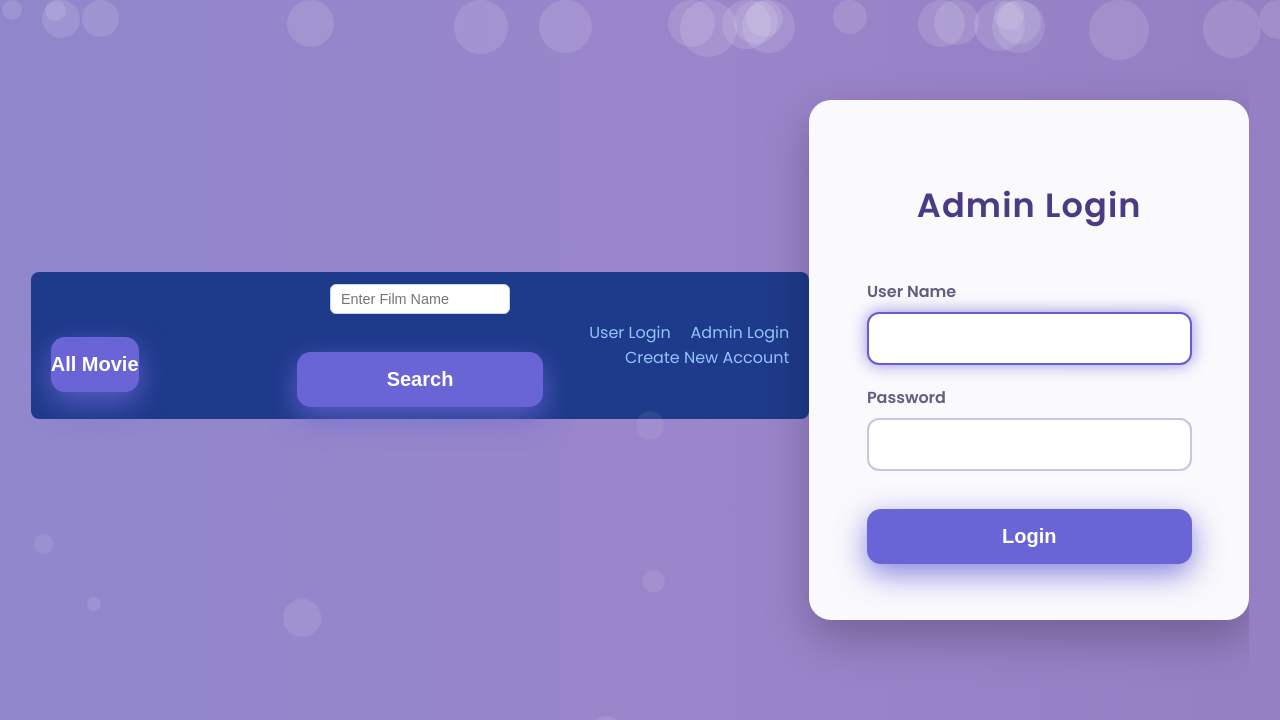
Repository: RajSarkarIndia/Movie_Review
Page: http://localhost/MovieReview/AdminLoginCheck.jsp
The author's editor kept a copy of each file at every save. The page is drawn from the files as they stood at one save, then again after the next save.
The browser window is 1280 px wide. The pictures show the whole page.
The page is served by Tomcat 10. Other server files are loaded and not shown.

Above is the page before, as saved 2025-08-09 16:07:53.

### MovieReview/src/main/webapp/AdminLoginCheck.jsp
<%@ page language="java" contentType="text/html; charset=UTF-8"
    pageEncoding="UTF-8"%>
<!DOCTYPE html>
<html lang="en">
<head>
<meta charset="UTF-8" />
<title>Admin Login</title>
<style>
  @import url('https://fonts.googleapis.com/css2?family=Poppins:wght@400;600&display=swap');
  /* Full viewport and smooth gradient background */
  body, html {
    margin: 0; padding: 0;
    height: 100%;
    font-family: 'Poppins', sans-serif;
    overflow: hidden;
    background: linear-gradient(270deg, #7465a1, #9a85ca, #6a8cd4, #b796d9);
    background-size: 800% 800%;
    animation: gradientAnimate 25s ease infinite;
    display: flex;
    justify-content: center;
    align-items: center;
  }
  @keyframes gradientAnimate {
    0%{background-position:0% 50%}
    50%{background-position:100% 50%}
    100%{background-position:0% 50%}
  }
    /* Header list styles */
  ul {
    display: flex;
    justify-content: space-between;
    align-items: center;
    list-style: none;
    padding: 12px 20px;
    margin: 0 0 30px 0;
    background: #1e3a8a; /* Rich Blue */
    border-radius: 8px;
  }
  li {
    margin: 0;
    flex: 1;
    text-align: center;
    color: #ffffff;
    font-weight: 600;
    font-size: 1rem;
  }
  li:first-child {
    text-align: left;
  }
  li:last-child {
    text-align: right;
  }
  ul li a {
    color: #93c5fd; /* Light Blue */
    text-decoration: none;
    margin-left: 1rem;
    font-weight: 500;
  }
  ul li a:hover {
    text-decoration: underline;
  }
  form {
    margin: 0;
    display: inline-block;
  }
  input[type="submit"], input[type="search"] {
    font-size: 0.9rem;
    padding: 6px 12px;
    border-radius: 6px;
    border: none;
    outline: none;
    transition: background-color 0.3s ease;
  }
  input[type="submit"] {
    background-color: #3b82f6; /* Bright Blue */
    color: white;
    cursor: pointer;
  }
  input[type="submit"]:hover {
    background-color: #2563eb;
  }
  input[type="search"] {
    width: 180px;
    padding: 6px 10px;
    border: 1px solid #cbd5e1;
  }
  input[type="search"]:focus {
    border-color: #3b82f6;
    box-shadow: 0 0 5px rgba(59,130,246, 0.5);
  }


  /* Floating circles */
  #particles {
    position: fixed;
    top: 0; left: 0; right: 0; bottom: 0;
    pointer-events: none;
    overflow: hidden;
    z-index: 0;
  }
  .particle {
    position: absolute;
    border-radius: 50%;
    background: rgba(255 255 255 / 0.12);
    animation: floatUp 15s linear infinite;
  }
  @keyframes floatUp {
    0% {
      transform: translateY(100vh) scale(0.6);
      opacity: 1;
    }
    100% {
      transform: translateY(-20vh) scale(1);
      opacity: 0;
    }
  }

  /* Stylish login card */
  .login-card {
    position: relative;
    background: rgba(255 255 255 / 0.95);
    border-radius: 22px;
    box-shadow: 0 18px 45px rgba(0 0 0 / 0.25);
    padding: 48px 40px 56px;
    width: 360px;
    z-index: 1;
    text-align: center;
  }
  .login-card h3 {
    margin-bottom: 28px;
    font-size: 2.1rem;
    color: #4b3b85;
    font-weight: 600;
    letter-spacing: 1.1px;
  }

  label {
    display: block;
    text-align: left;
    font-weight: 600;
    color: #615f7f;
    margin: 20px 0 8px 0;
    font-size: 1rem;
  }
  input[type="text"], input[type="password"] {
    width: 100%;
    padding: 14px 18px;
    border: 2.2px solid #cac3e2;
    border-radius: 12px;
    font-size: 1.1rem;
    transition: border-color 0.3s ease, box-shadow 0.3s ease;
    box-sizing: border-box;
  }
  input[type="text"]:focus, input[type="password"]:focus {
    outline: none;
    border-color: #685cd4;
    box-shadow: 0 0 16px #685cd4aa;
  }

  input[type="submit"] {
    margin-top: 38px;
    width: 100%;
    background: #6a65d6;
    border: none;
    border-radius: 14px;
    color: white;
    font-size: 1.25rem;
    font-weight: 700;
    padding: 16px 0;
    cursor: pointer;
    box-shadow: 0 10px 30px #6a65d6cc;
    transition: background 0.3s ease, box-shadow 0.3s ease;
  }
  input[type="submit"]:hover {
    background: #5049b6;
    box-shadow: 0 14px 38px #5049b6dd;
  }

  /* Responsive */
  @media (max-width: 400px) {
    .login-card {
      width: 90vw;
      padding: 36px 24px 40px;
    }
    .login-card h3 {
      font-size: 1.75rem;
    }
  }
</style>
</head>
<body>
<ul>
  <li>
    <form action="${pageContext.request.contextPath}/AllMovie">
      <input type="submit" value="All Movie">
    </form>
  </li>
  <li>
    <form action="/MovieReview/SelectedFlim">
      <input type="search" name="search" placeholder="Enter Film Name" />
      <input type="submit" value="Search" />
    </form>
  </li>
  <li>
    <% if(session.getAttribute("UserName") == null && session.getAttribute("AdminName") == null) { %>
      <a href="LoginCheck.jsp">User Login</a>
      <a href="AdminLoginCheck.jsp">Admin Login</a>
      <a href="CreateUser.jsp">Create New Account</a>
    <% } else if(session.getAttribute("UserName") != null) { %>
      <%= session.getAttribute("UserName") %>
      <form action="/MovieReview/profile" style="display:inline">
        <input type="submit" value="Profile">
      </form>
    <% } else if(session.getAttribute("AdminName") != null) { %>
      <%= session.getAttribute("AdminName") %>
      <form action="/MovieReview/profile" style="display:inline">
        <input type="submit" value="Profile">
      </form>
    <% } %>
  </li>
</ul>
<div id="particles"></div>

<div class="login-card" role="main" aria-label="Admin Login Form">
  <h3>Admin Login</h3>
  <form action="/MovieReview/LoginCheckAdmin" method="post" autocomplete="off">
    <label for="UserName">User Name</label>
    <input id="UserName" name="UserName" type="text" required autocomplete="username" autofocus>

    <label for="Password">Password</label>
    <input id="Password" name="Password" type="password" required autocomplete="current-password">

    <input type="submit" value="Login">
  </form>
</div>

<script>
  // Floating particles effect
  const particlesContainer = document.getElementById('particles');
  const particleCount = 30;

  for (let i = 0; i < particleCount; i++) {
    const p = document.createElement('div');
    p.classList.add('particle');
    const size = (Math.random() * 40 + 20).toFixed(2);
    p.style.width = `${size}px`;
    p.style.height = `${size}px`;
    p.style.left = `${Math.random() * 100}vw`;
    p.style.animationDuration = `${10 + Math.random() * 10}s`;
    p.style.animationDelay = `${Math.random() * 15}s`;
    particlesContainer.appendChild(p);
  }
</script>

</body>
</html>

After the next save:
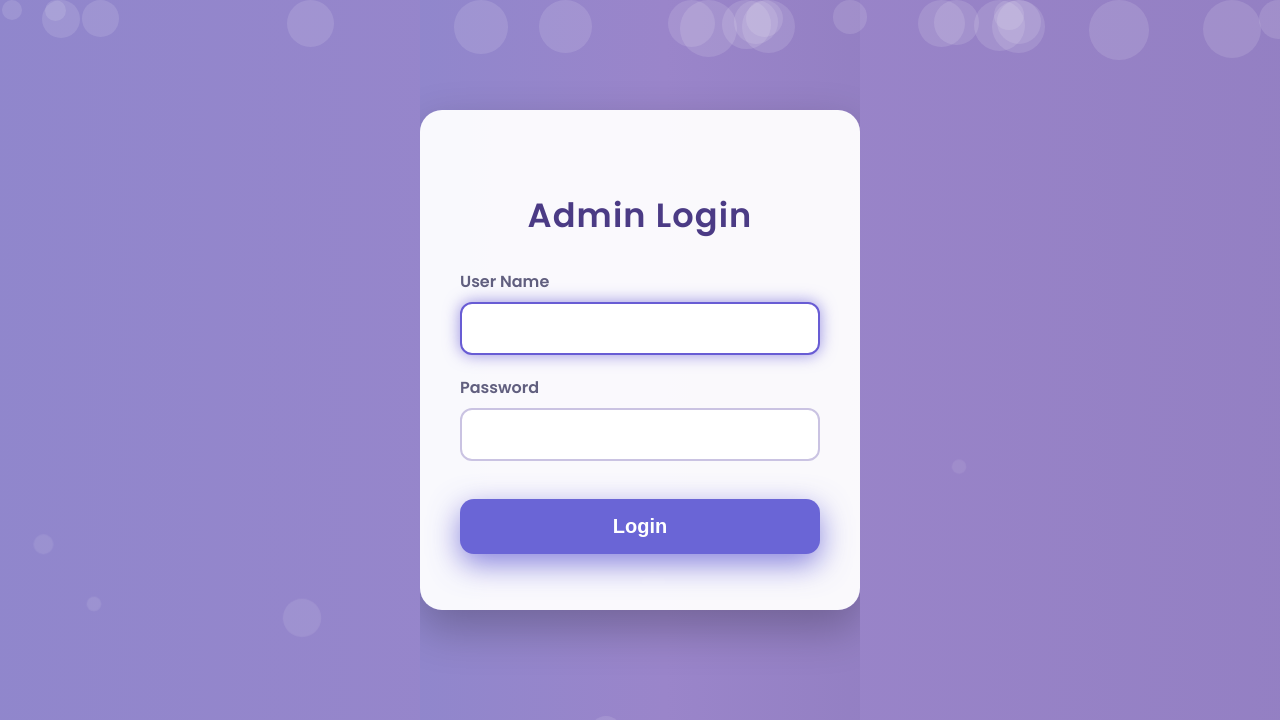
Saved 70 s later.
--- a/MovieReview/src/main/webapp/AdminLoginCheck.jsp
+++ b/MovieReview/src/main/webapp/AdminLoginCheck.jsp
@@ -24,69 +24,6 @@
     0%{background-position:0% 50%}
     50%{background-position:100% 50%}
     100%{background-position:0% 50%}
-  }
-    /* Header list styles */
-  ul {
-    display: flex;
-    justify-content: space-between;
-    align-items: center;
-    list-style: none;
-    padding: 12px 20px;
-    margin: 0 0 30px 0;
-    background: #1e3a8a; /* Rich Blue */
-    border-radius: 8px;
-  }
-  li {
-    margin: 0;
-    flex: 1;
-    text-align: center;
-    color: #ffffff;
-    font-weight: 600;
-    font-size: 1rem;
-  }
-  li:first-child {
-    text-align: left;
-  }
-  li:last-child {
-    text-align: right;
-  }
-  ul li a {
-    color: #93c5fd; /* Light Blue */
-    text-decoration: none;
-    margin-left: 1rem;
-    font-weight: 500;
-  }
-  ul li a:hover {
-    text-decoration: underline;
-  }
-  form {
-    margin: 0;
-    display: inline-block;
-  }
-  input[type="submit"], input[type="search"] {
-    font-size: 0.9rem;
-    padding: 6px 12px;
-    border-radius: 6px;
-    border: none;
-    outline: none;
-    transition: background-color 0.3s ease;
-  }
-  input[type="submit"] {
-    background-color: #3b82f6; /* Bright Blue */
-    color: white;
-    cursor: pointer;
-  }
-  input[type="submit"]:hover {
-    background-color: #2563eb;
-  }
-  input[type="search"] {
-    width: 180px;
-    padding: 6px 10px;
-    border: 1px solid #cbd5e1;
-  }
-  input[type="search"]:focus {
-    border-color: #3b82f6;
-    box-shadow: 0 0 5px rgba(59,130,246, 0.5);
   }
 
 
@@ -189,36 +126,7 @@
 </style>
 </head>
 <body>
-<ul>
-  <li>
-    <form action="${pageContext.request.contextPath}/AllMovie">
-      <input type="submit" value="All Movie">
-    </form>
-  </li>
-  <li>
-    <form action="/MovieReview/SelectedFlim">
-      <input type="search" name="search" placeholder="Enter Film Name" />
-      <input type="submit" value="Search" />
-    </form>
-  </li>
-  <li>
-    <% if(session.getAttribute("UserName") == null && session.getAttribute("AdminName") == null) { %>
-      <a href="LoginCheck.jsp">User Login</a>
-      <a href="AdminLoginCheck.jsp">Admin Login</a>
-      <a href="CreateUser.jsp">Create New Account</a>
-    <% } else if(session.getAttribute("UserName") != null) { %>
-      <%= session.getAttribute("UserName") %>
-      <form action="/MovieReview/profile" style="display:inline">
-        <input type="submit" value="Profile">
-      </form>
-    <% } else if(session.getAttribute("AdminName") != null) { %>
-      <%= session.getAttribute("AdminName") %>
-      <form action="/MovieReview/profile" style="display:inline">
-        <input type="submit" value="Profile">
-      </form>
-    <% } %>
-  </li>
-</ul>
+
 <div id="particles"></div>
 
 <div class="login-card" role="main" aria-label="Admin Login Form">
